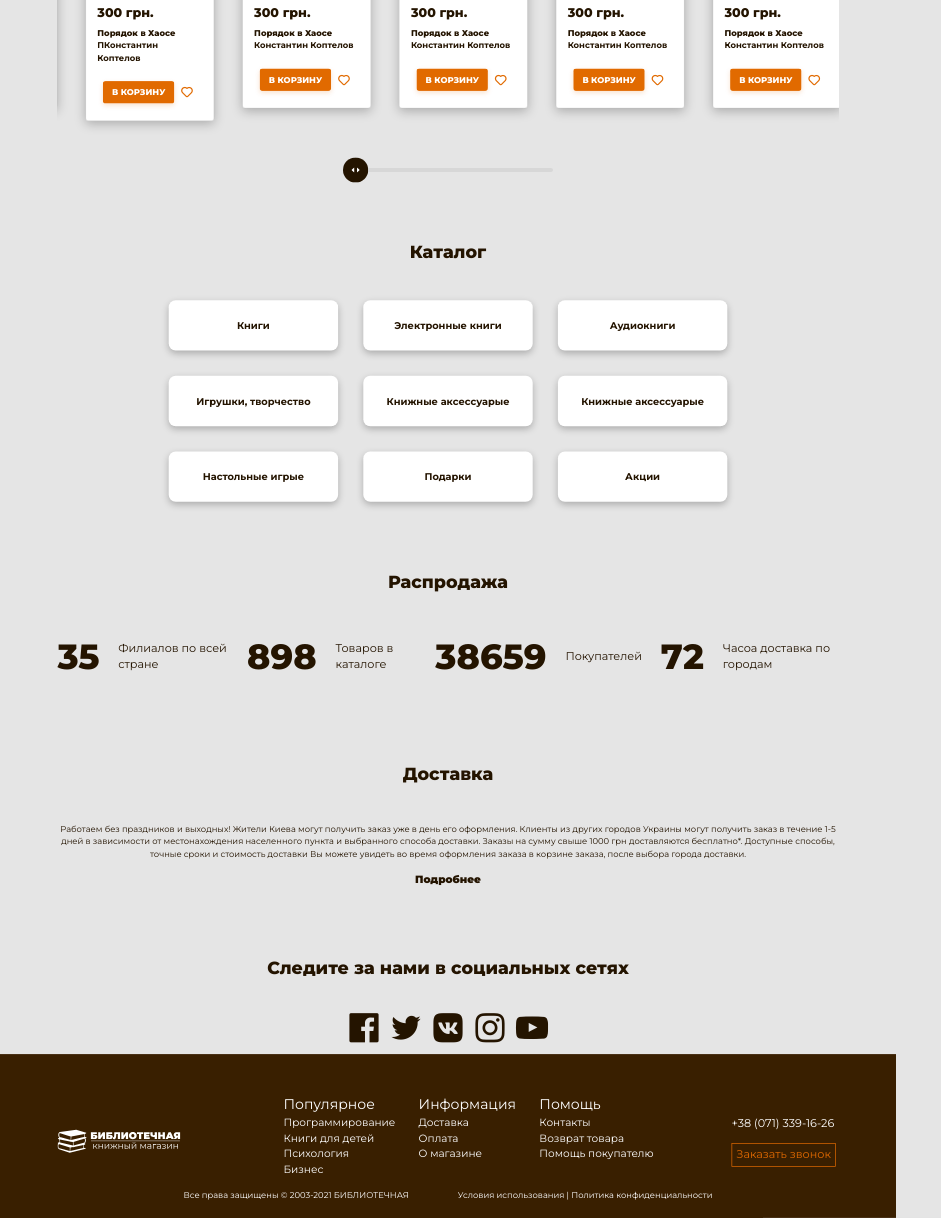
Repository: saidabbasun/Kutubxona
Page: /
These files come from the project's save history. The page is drawn as it stood at one moment and after a run of saves; the edit follows.
The browser window is 1280 px wide. The page is 1344 px wide, so the pictures cover 1344 px, including what lies to the right of the window. The pictures show the part of the page from y = 1907 to 3747 px (the page is 3647 px tall before and 3747 px after), at 70% of full size.
The project was rebuilt for these pictures with package versions that can differ from the ones it lists, and the page was loaded fresh each time.

Above is the page before, as saved 2022-05-30 19:30:47.

### public/index.html
<!DOCTYPE html>
<html lang="en">
  <head>
    <meta charset="utf-8" />
    <link rel="icon" href="%PUBLIC_URL%/favicon.ico" />
    <meta name="viewport" content="width=device-width, initial-scale=1" />
    <meta name="theme-color" content="#000000" />

    <meta
      name="description"
      content="Web site created using create-react-app"
    />
    <link rel="stylesheet" href="https://unicons.iconscout.com/release/v4.0.0/css/line.css">
    <link href="https://cdn.jsdelivr.net/npm/bootstrap@5.0.2/dist/css/bootstrap.min.css" rel="stylesheet" integrity="sha384-EVSTQN3/azprG1Anm3QDgpJLIm9Nao0Yz1ztcQTwFspd3yD65VohhpuuCOmLASjC" crossorigin="anonymous">
    <title>React App</title>
  </head>
  <body>
    <noscript>You need to enable JavaScript to run this app.</noscript>
    <div id="root"></div>
    <script src="https://cdn.jsdelivr.net/npm/bootstrap@5.0.2/dist/js/bootstrap.bundle.min.js" integrity="sha384-MrcW6ZMFYlzcLA8Nl+NtUVF0sA7MsXsP1UyJoMp4YLEuNSfAP+JcXn/tWtIaxVXM" crossorigin="anonymous"></script>
    <script src="https://cdn.jsdelivr.net/npm/@popperjs/core@2.9.2/dist/umd/popper.min.js" integrity="sha384-IQsoLXl5PILFhosVNubq5LC7Qb9DXgDA9i+tQ8Zj3iwWAwPtgFTxbJ8NT4GN1R8p" crossorigin="anonymous"></script>
    <script src="https://cdn.jsdelivr.net/npm/bootstrap@5.0.2/dist/js/bootstrap.min.js" integrity="sha384-cVKIPhGWiC2Al4u+LWgxfKTRIcfu0JTxR+EQDz/bgldoEyl4H0zUF0QKbrJ0EcQF" crossorigin="anonymous"></script>
  </body>
</html>

### src/Components/Home/Home.jsx
import React from 'react'
import Header from './Header'
import Slider from '../../assets/img/Слайдер.png'
import '../../Style/Home/Home.scss';
const Home = () => {
  return (
    <div >
      <Header/>
      <div className="  container aktsiya row" id='Aktsiya'  >

        <div className="col-5">
  <div className="card-body ">
    <h1 className="card-title ">Киниги от  А до Я</h1>
    <p className="card-text">В нашем магазине можно найти книгу на любой вкус. Большой ассортимент. Приятные цены. Интересные сюжеты.</p>
    <a href="#" className="btn btnAksiya">Перейти в каталог</a>

</div>
        </div>
        <div className="col-1"></div>
        <div className="col-6 Slider">
          <img className='Slider' src={Slider} alt="Slider" />
        </div>
      </div>


    </div>
  )
}

export default Home;

### src/Components/Home/Catagory.jsx
import "../../Style/Home/Catagory.scss";

import React from 'react'

import Carusel from "./Carusel";

const Catagory = () => {
  return (
    <div>
       <div className="mt-5 container-xl" id="Catagory">
          <nav class="navbar navbar-expand-xl navbar-light  d-flex align-items-center ">
            <a class="navbar-brand fw-bold">Горячие поступления </a>

            <ul class="navbar-nav mr-auto">
              <li class="nav-item active">
                <a class="nav-link" href="#">
                  Фантастика
                </a>
              </li>
              <li class="nav-item">
                <a class="nav-link" href="#">
                  Саморазвитие
                </a>
              </li>
              <li class="nav-item">
                <a class="nav-link" href="#">
                  Детективы
                </a>
              </li>
              <li class="nav-item active">
                <a class="nav-link" href="#">
                  Детские
                </a>
              </li>
              <li class="nav-item">
                <a class="nav-link" href="#">
                  Аудиокниги
                </a>
              </li>
              <li class="nav-item">
                <a class="nav-link" href="#">
                  Другие
                </a>
              </li>
            </ul>
          </nav>
          <div className="cardWrapper">
          <Carusel/>
          </div>
          </div>
    </div>
  )
}

export default Catagory

### src/Style/Globl/_globl.scss
@import './variable';
@import './font-face.scss';
@import './Media.scss';

*{
    box-sizing: border-box;
    margin: 0;
    padding: 0;
    color: $color_text  ;
    list-style: none;
}
body{
    font-family: Montserrat;
    background: $color_bg;
    color: $color_text;
}
textarea:hover,
input:hover,
textarea:active,
input:active,
textarea:focus,
input:focus,
button:focus,
button:active,
button:hover,
label:focus,
.btn:active,
.btn.active
{
    outline:0px !important;
    -webkit-appearance:none;
    box-shadow: none !important;
}
.container{
    width: 80vw;
    margin: 0 auto;
}
i{
    cursor: pointer;
}

### src/Components/Aktsiya/Aktsiya.jsx
import React from 'react'
import '../../Style/Aktsiya/Aktsiya.scss'
import Carusel from '../Home/Carusel'
const Aktsiya = () => {
  return (
    <div>
        <div className="container-xl pt-5 mt-5" id='Aksiya'>
         <div className="title">
             <p>Распродажа</p>
         </div>
         <Carusel/>

        </div>
    </div>
  )
}

export default Aktsiya

### src/Components/Ctalog/Catalog.jsx
import React from 'react'
  import '../../Style/Catalog/Catalog.scss';
const Catalog = () => {

 const  listItem=['Книги','Электронные книги','Аудиокниги','Игрушки, творчество','Книжные аксессуарые','Книжные аксессуарые','Настольные игрые','Подарки','Акции']
  return (
    <div className=' container-xl  mt-5' id='Katalog'>
        <div className="title   pt-5">
            <p>Каталог</p>
        </div>
        <div className="CatalogWrapper" >
          {listItem.map((text,ind)=>(

      <button key={ind} className='Button '><a className='btnText' href="#">{text}</a></button>



          ))}
          </div>
        </div>

  )
}

export default Catalog

### src/Components/About/About.jsx
import React from 'react'
import '../../Style/About/Abot.scss'
const About = () => {
  return (

           <div className="container-xl pt-5 mt-5" id='About'>
         <div className="title">
             <p>Распродажа</p>
         </div>
         <div className="Wrapper">
             <p className="Namber">
                 35
             </p>
             <p className="Text">
             Филиалов по всей стране
             </p>
             <p className="Namber">
                 898
             </p>
             <p className="Text">
             Товаров в каталоге
             </p>
             <p className="Namber">
                 38659
             </p>
             <p className="Text">
             Покупателей
             </p>
             <p className="Namber">
                 72
             </p>
             <p className="Text">
             Часоа доставка по городам
             </p>
         </div>
    </div>
  )
}

export default About

### src/Components/Dastafka/Dastafka.jsx
import React from 'react'
import '../../Style/Dastafka/Dastafka.scss'
const Dastafka = () => {
  return (
    <div className="container-xl pt-5 mt-5" id='About'>
    <div className="title">
        <p>Доставка</p>
    </div>
    <div className="d_Text">
        <p>Работаем без праздников и выходных! Жители Киева могут получить заказ уже в день его оформления. Клиенты из других городов Украины могут получить заказ в течение 1-5 дней в зависимости от местонахождения населенного пункта и выбранного способа доставки. Заказы на сумму свыше 1000 грн доставляются бесплатно*. Доступные способы, точные сроки и стоимость доставки Вы можете увидеть во время оформления заказа в корзине заказа, после выбора города доставки.


</p>
<a href="#" className='d_link'>Подробнее</a>
    </div>
    </div>
  )
}

export default Dastafka

### src/Components/Blog/Blog.jsx
import '../../Style/Blog/Blog.scss';
import React from 'react'

const Blog = () => {
  return (

         <div className="container-xl pt-5 mt-5" id='About'>
    <div className="title">
        <p>Следите за нами в социальных сетях</p>
    </div>

    <div className="Blog">
        <a href="#"><i class="uil uil-facebook blogIcon "></i></a>
        <a href="#"><i class="uil uil-twitter blogIcon"></i></a>
        <a href="#"><i class="uil uil-vk blogIcon"></i></a>
        <a href="#"><i class="uil uil-instagram blogIcon"></i></a>
        <a href="#"><i class="uil uil-youtube blogIcon"></i></a>
    </div>
 </div>
  )
}

export default Blog

### src/Components/Footer/Footer.jsx
import '../../Style/Footer/Footer.scss';
import React from 'react'
import Logo from '../../assets/icon/FooterLogo.svg'

const Footer = () => {
  return (
    <div className='Footer'>
        <div className="GridItem  container-xl">

       <div>
       <img src={Logo} alt="" />
       </div>

      <div className="List">
        <ul>
            <li>Популярное</li>
            <li> Программирование</li>
            <li>Книги для детей</li>
            <li> Психология</li>
            <li> Бизнес</li>
        </ul>
        <ul>
            <li>Информация</li>
            <li>  Доставка  </li>
            <li> Оплата</li>
            <li>  O магазине</li>

        </ul>
        <ul>
            <li>Помощь</li>
            <li>  Контакты</li>
            <li> Возврат товара</li>
            <li> Помощь покупателю</li>

        </ul>
        </div>
        <div className="Tel">
            <p className="TelNumber">
            +38 (071) 339-16-26
            </p>
            <a href="#"><button className='tel_Btn   '>Заказать звонок</button></a>
        </div>
        </div>
        <div className="footerBootomText">
            <p className='Text'>Все права защищены © 2003-2021 БИБЛИОТЕЧНАЯ </p>
            <p className='Text'> Условия использования | Политика конфиденциальности</p>
        </div>
    </div>
  )
}

export default Footer

### src/Components/Home/Header.jsx

import React  from 'react'
import Logo  from '../../assets/icon/Logo.svg'
import Menu from '../../assets/icon/Menu.svg'
import '../../Style/Home/Header.scss'
const Header = () => {
  return (
    <div className='header'>
    <nav className="navbar container-xl justify-content-around navbar-expand-lg navbar-light ">
  <a className="navbar-brand" href="#">
    <img src={Logo} alt="logo" />
  </a>



    <ul className="navbar-nav ">
      <li className="nav-item active">
        <a className="nav-link" href="#">Акции </a>
      </li>
      <li className="nav-item">
        <a className="nav-link" href="#">Каталлог</a>
      </li>
      <li className="nav-item ">
        <a className="nav-link" href="#">Доставка </a>
      </li>
      <li className="nav-item">
        <a className="nav-link" href="#">О магазине</a>
      </li>

      <li className="nav-item">
        <a className="nav-link " href="#">Блог</a>
      </li>
    </ul>

  <form className="  searchForm">
  <i className="uil uil-search"></i>
      <input className="form-control" type="search" placeholder=" Поиск" aria-label="search"/>

    </form>
    <div className='heartCart d-flex  '>
    <i className="uil uil-heart"></i>
    <div className="cart d-flex align-items-center">
    <i className="uil uil-shopping-cart"></i>
    <div className="dropdown">
  <button  className="btn  dropdown-toggle"  id="dropdownMenuButton1" data-bs-toggle="dropdown" aria-expanded="false">
  2 228 грн.  </button>
  <ul className="dropdown-menu" aria-labelledby="dropdownMenuButton1">
    <li><a className="dropdown-item" href="#">2 228 грн.</a></li>
    <li><a className="dropdown-item" href="#">3 228 грн.</a></li>
    <li><a className="dropdown-item" href="#"> 228 грн.</a></li>
  </ul>
</div>
</div>

        </div>
        <img className='menu  d-xxl-none ' src={Menu} alt="Menu" />
</nav>
</div>

  )
}

export default Header

### src/Style/Home/Home.scss
@import '../Globl/variable';
#Aktsiya{

   display: flex;
   align-items: center;
   justify-content: center;
   padding-top: 161px;
   padding-bottom:80px ;



.card-title{
    font-family: MontserratBolt;
    font-weight: 900;
font-size: 36px;
font-style: normal;
}

.btn{
    font-family: MontserratBolt;
background-color: $color_HeartCart;
font-weight: 900;
font-size: 15px;
color: $color_white;
}
}

### src/Style/Home/Catagory.scss
@import '../Globl/variable';


    .cardWrapper{
     padding: 50px   0 ;

    }

    .card{

          margin: 20px 0 20px 40px;
    max-width: 184px;
    box-shadow: 0px 4px 15px rgba(0, 0, 0, 0.25);
}
.card-title{
    font-family: MontserratBolt;
    font-weight: 700;
font-size: 18px;
}
.card-text{
    font-weight: 700;
font-size: 12px;
}
.bookName{
    font-family: MontserratBolt;
    font-style: normal;
font-weight: 700;
font-size: 12px;
}
.btn{
    font-family: MontserratBolt;
    background-color:$color_HeartCart ;
    box-shadow: 0px 3px 8px rgba(225, 106, 0, 0.19);
    color: $color_white;
    font-weight: 900;
font-size: 12px;
text-transform: uppercase;
}
i{
    font-size: 20px;
    color: $color_HeartCart;
}

.scrollInput{
  margin-top: 47px;
  width: 100%;
  display: flex;
  justify-content: center;
}


input[type="range"] {
  -moz-appearance: none;
  -webkit-appearance: none;
  background: #D7D7D7;
  border-radius: 3px;
  height: 6px;
  width: 300px;
  cursor: pointer;
}
  input[type="range"]::-webkit-slider-thumb {
    appearance: none;
    -webkit-appearance: none;
    background-color:$color_text;
    background-image: url("data:[embedded picture, 262 characters]");
    background-position: center;
    background-repeat: no-repeat;
    border: 0;
    border-radius: 50%;
    cursor: pointer;
    height: 36px;
    width: 36px;
  }


  input[type="range"]::-moz-focus-outer {
    border: 0;
  }

### src/Style/Globl/_variable.scss
// colorcolor_HeartCart
$color_white:#FFFFFF;
$color_bg:#E5E5E5;
$color_border: rgba(105, 103, 100, 0.59);
$color_HeartCart:#E16A00;
$color_text:#241400;
$color_footer:#391F00;

### src/Style/Globl/font-face.scss


@font-face {
    font-family:MontserratBolt ;

    src:  url('../../assets/fontFamily/Montserrat/static/Montserrat-ExtraBold.ttf');
  }
  @font-face {
    font-family:Montserrat ;

    src:  url('../../assets/fontFamily/Montserrat/Montserrat-VariableFont_wght.ttf');
  }

### src/Style/Globl/Media.scss
@import './variable';


// Tablet media query

@media (max-width: 992px) {


    .navbar-nav{
    display: none;


    }
   }

### src/Style/Aktsiya/Aktsiya.scss
.title{
    font-weight: 900;
font-size: 25px;
font-family: MontserratBolt;
text-align: center;
margin-bottom: 50px;
}

### src/Style/Catalog/Catalog.scss
@import '../Globl/variable';

.CatalogWrapper{
    max-width: 798px;
    margin: 0 auto;
    display:grid;
    grid-template-columns:repeat(3,1fr);
    gap: 36px;
}
.Button{
    background:$color_white;
box-shadow: 0px 4px 11px rgba(0, 0, 0, 0.25);
border-radius: 10px;
border: none;
padding: 24px 0;
}
.btnText{
text-decoration: none;
 color: $color_text;
    font-weight: 700;
    font-size: 14px;
}

### src/Style/About/Abot.scss
@import '../Globl/variable';

.Wrapper{
    display: flex;
    align-items: center;
    column-gap: 27px;
    justify-content: center;
}
.Namber{
    font-style: normal;
font-weight: 900;
font-size: 50px;
font-family: MontserratBolt;
}

### src/Style/Dastafka/Dastafka.scss
@import '../Globl/variable';
.d_Text{
    font-style: normal;
font-weight: 400;
font-size: 12px;
display: flex;
flex-direction: column;
align-items: center;
text-align: center;

}
.d_link{
    text-decoration: none;
    color: $color_text;
    font-size: 15px;
    font-weight: 900;
}

### src/Style/Blog/Blog.scss
@import '../Globl/variable';
.blogIcon{

    color: $color_text;
    font-size: 50px;
    padding: 5px;

}
.Blog{
    margin-top: -20px;
    text-align: center;
}

### src/Style/Footer/Footer.scss
@import '../Globl/variable';
.Footer{
    padding: 56px 0 8px;
    background-color: $color_footer;

}
.GridItem{
    display: grid;
    grid-template-columns: repeat(3,auto);

    align-items: center;
}
.List{
    font-style: normal;
font-weight: 400;
font-size: 15px;
    display: grid;
grid-template-columns: repeat(3,auto);
padding: 0 110px;

}
li{
    color: $color_white;
}
.Tel{
    display:grid ;
    grid-column: 10px;

}
.TelNumber{
    color: $color_white;
}
.tel_Btn{
    background-color: transparent;
    border: 1px solid $color_HeartCart;
    color: $color_HeartCart;
    padding: 4px 6px;
}

li:nth-child(1) {
        font-size: 20px;
}
.footerBootomText{
    display: flex;
    align-self: center;
    justify-content: center;
    gap:70px;

    .Text{
        font-weight: 400;
        font-size: 12px;
        color: $color_white;
    }
}

### src/Style/Home/Header.scss
@import '../Globl/variable';

.header{
    position: fixed;
    left: 0;
    right: 0;
    top: 0;
}

.nav-link{
    font-style: normal;
font-weight: 400;
font-size: 12px;
}
.searchForm{
    max-width: 200px;
    display: flex;
    align-items: center;
    border-bottom: 1px solid  $color_border;
    input{
        border: none;
        background: $color_bg;
        font-size: 12px;
    }

    input:focus{
        box-shadow: none;
        background: $color_bg;
    }
}
.heartCart{
gap: 10px;
i{

    color: $color_HeartCart;
    font-size: 40px;

}
}
.dropdown {
    margin-left: -10px;
    button{

        font-size: 14px;
            }
}
.dropdown-menu{
    font-weight: 400;
    font-size: 14px;
    background-color: $color_bg;
}

Loaded but not shown: src/index.js (common file); src/App.js (25 lines, source omitted); src/Components/Home/Carusel.jsx (191 lines, source omitted)

After the next 2 saves:
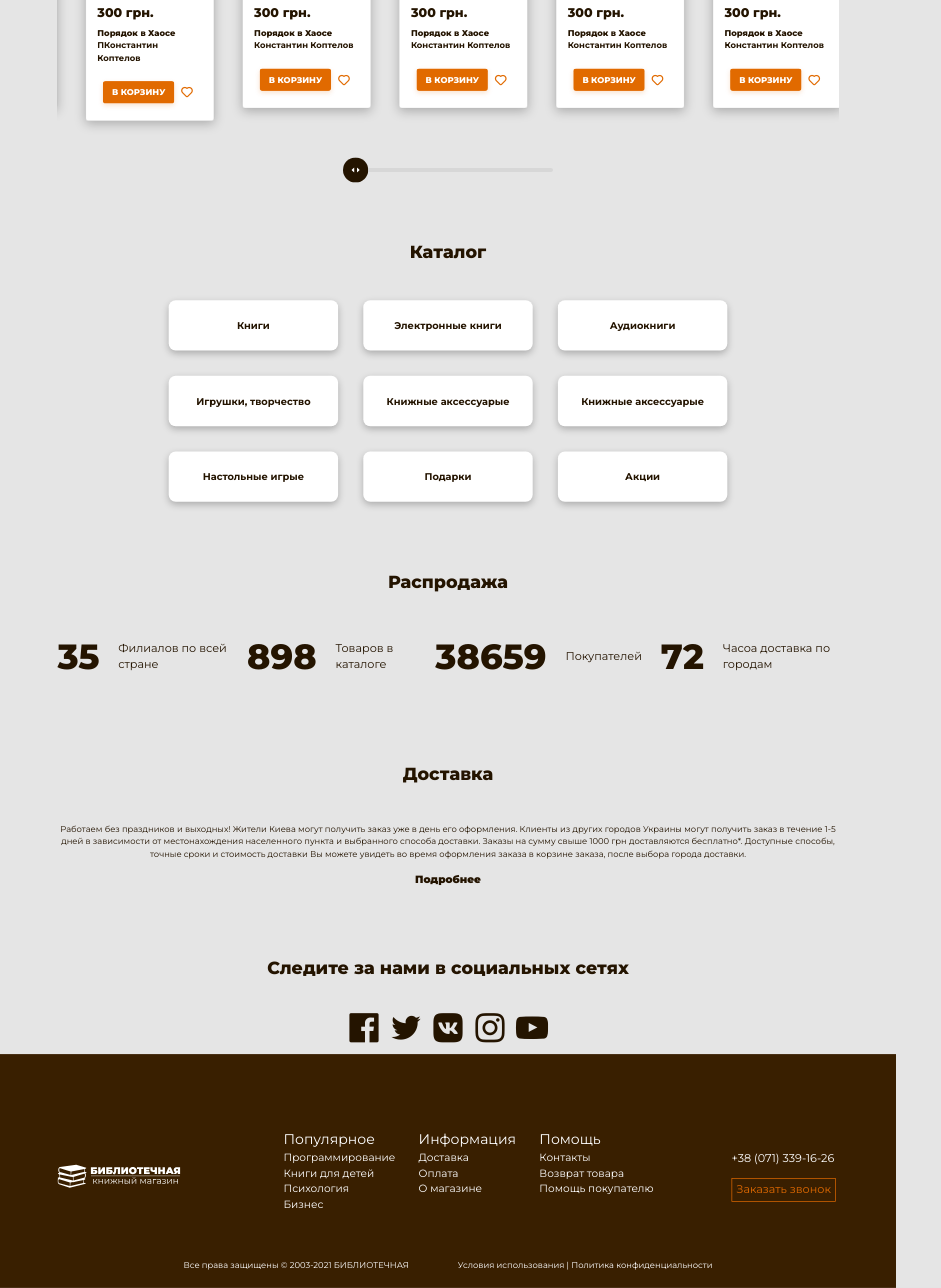
The 2 saves are shown as one change because they came seconds apart.
The last was saved 32 s later.
--- a/src/Style/Footer/Footer.scss
+++ b/src/Style/Footer/Footer.scss
@@ -16,7 +16,7 @@ font-weight: 400;
 font-size: 15px;
     display: grid;
 grid-template-columns: repeat(3,auto);
-padding: 0 110px;
+padding: 50px 110px;
 
 }
 li{
